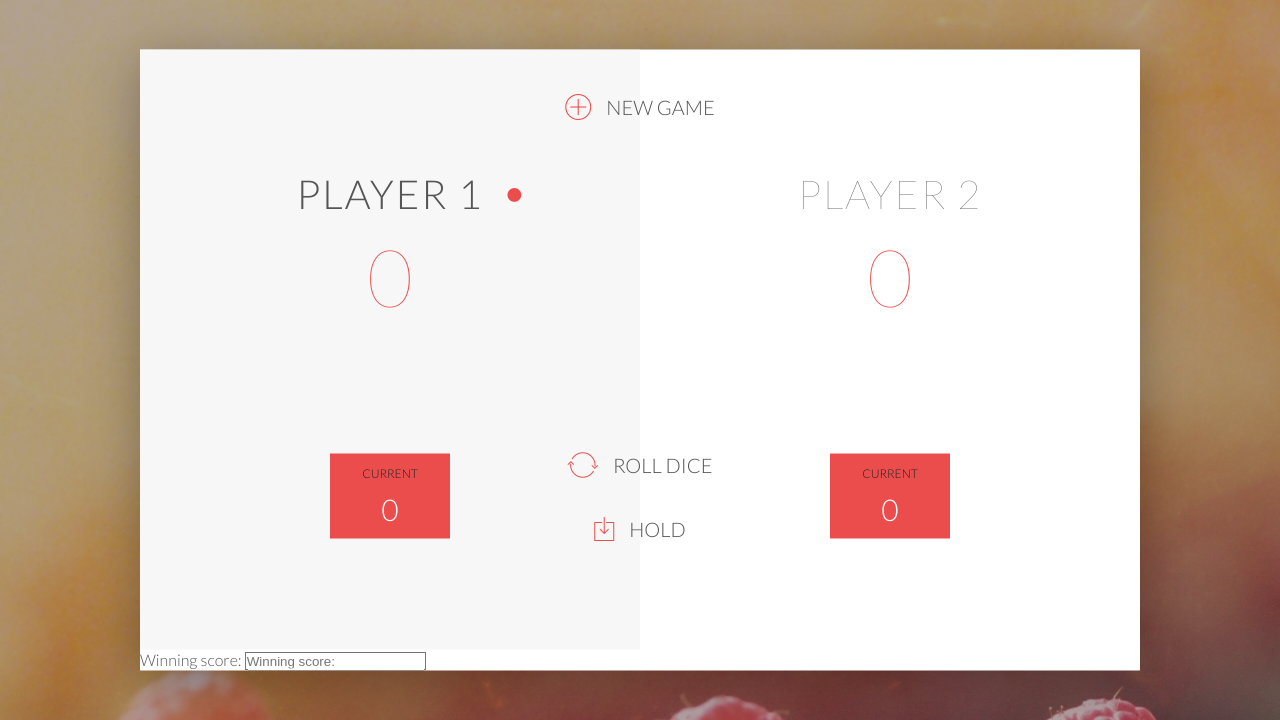
Repository: hexanek/hexanek.github.io
Page: pig-game/index.html
The author's editor kept a copy of each file at every save. The page is drawn from the files as they stood at one save, then again after the next save.
The browser window is 1280 px wide. The pictures show the whole page.

Above is the page before, as saved 2019-12-19 23:54:30.

### pig-game/index.html
<!DOCTYPE html>
<html lang="en">
    <head>
        <meta charset="UTF-8">
        <link href="https://fonts.googleapis.com/css?family=Lato:100,300,600" rel="stylesheet" type="text/css">
        <link href="http://code.ionicframework.com/ionicons/2.0.1/css/ionicons.min.css" rel="stylesheet" type="text/css">
        <link type="text/css" rel="stylesheet" href="style.css">

        <title>Pig Game</title>
    </head>

    <body>
        <div class="wrapper clearfix">
            <div class="player-0-panel active">
                <div class="player-name" id="name-0">Player 1</div>
                <div class="player-score" id="score-0">43</div>
                <div class="player-current-box">
                    <div class="player-current-label">Current</div>
                    <div class="player-current-score" id="current-0">11</div>
                </div>
            </div>

            <div class="player-1-panel">
                <div class="player-name" id="name-1">Player 2</div>
                <div class="player-score" id="score-1">72</div>
                <div class="player-current-box">
                    <div class="player-current-label">Current</div>
                    <div class="player-current-score" id="current-1">0</div>
                </div>
            </div>

            <button class="btn-new"><i class="ion-ios-plus-outline"></i>New game</button>
            <button class="btn-roll"><i class="ion-ios-loop"></i>Roll dice</button>
            <button class="btn-hold"><i class="ion-ios-download-outline"></i>Hold</button>
            <!-- <button class="btn-save" form="formScore"><i class="ion-archive"></i>Save</button> -->
            <!-- <form class="form-score" id="formScore"> -->
            Winning score: <input class="input-score" type="number" name="WinningScore" placeholder="Winning score: " id="winScore">
            <!-- </form> -->
            <img src="dice-5.png" alt="Dice" class="dice">
            <img src="dice-5.png" alt="Dice2" class="dice2" id="dice2">

        </div>

        <script src="app.js"></script>
    </body>
</html>

### pig-game/style.css
/**********************************************
*** GENERAL
**********************************************/

* {
    margin: 0;
    padding: 0;
    box-sizing: border-box;

}

.clearfix::after {
    content: "";
    display: table;
    clear: both;
}

body {
    background-image: linear-gradient(rgba(62, 20, 20, 0.4), rgba(62, 20, 20, 0.4)), url(back.jpg);
    background-size: cover;
    background-position: center;
    font-family: Lato;
    font-weight: 300;
    position: relative;
    height: 100vh;
    color: #555;
}

.wrapper {
    width: 1000px;
    position: absolute;
    top: 50%;
    left: 50%;
    transform: translate(-50%, -50%);
    background-color: #fff;
    box-shadow: 0px 10px 50px rgba(0, 0, 0, 0.3);
    overflow: hidden;
}

.player-0-panel,
.player-1-panel {
    width: 50%;
    float: left;
    height: 600px;
    padding: 100px;
}



/**********************************************
*** PLAYERS
**********************************************/

.player-name {
    font-size: 40px;
    text-align: center;
    text-transform: uppercase;
    letter-spacing: 2px;
    font-weight: 100;
    margin-top: 20px;
    margin-bottom: 10px;
    position: relative;
}

.player-score {
    text-align: center;
    font-size: 80px;
    font-weight: 100;
    color: #EB4D4D;
    margin-bottom: 130px;
}

.active { background-color: #f7f7f7; }
.active .player-name { font-weight: 300; }

.active .player-name::after {
    content: "\2022";
    font-size: 47px;
    position: absolute;
    color: #EB4D4D;
    top: -7px;
    right: 10px;

}

.player-current-box {
    background-color: #EB4D4D;
    color: #fff;
    width: 40%;
    margin: 0 auto;
    padding: 12px;
    text-align: center;
}

.player-current-label {
    text-transform: uppercase;
    margin-bottom: 10px;
    font-size: 12px;
    color: #222;
}

.player-current-score {
    font-size: 30px;
}

button {
    position: absolute;
    width: 200px;
    left: 50%;
    transform: translateX(-50%);
    color: #555;
    background: none;
    border: none;
    font-family: Lato;
    font-size: 20px;
    text-transform: uppercase;
    cursor: pointer;
    font-weight: 300;
    transition: background-color 0.3s, color 0.3s;
}


button:hover { font-weight: 600; }
button:hover i { margin-right: 20px; }

button:focus {
    outline: none;
}

i {
    color: #EB4D4D;
    display: inline-block;
    margin-right: 15px;
    font-size: 32px;
    line-height: 1;
    vertical-align: text-top;
    margin-top: -4px;
    transition: margin 0.3s;
}

.btn-new { top: 45px;}
.btn-roll { top: 403px;}
.btn-hold { top: 467px;}
.btn-save {
    left: 90%;
    top: 45px;
}
/* .input-score {
     top: 83px;
     position: absolute;
    width: 53px;
    left: 50%;
    transform: translateX(-50%);
    color: #555;
    background: none;
    border-radius: 5px;
    font-family: Lato;
    font-size: 20px;
    text-transform: uppercase;
    cursor: default;
    font-weight: 300;
    transition: background-color 0.3s, color 0.3s;
    } */
.input:focus{
    border: 3px solid #555;
}
.form-score{
    top: 45px;
     position: absolute;
    width: 240px;
    left: 73%;
    transform: translateX(-50%);
    color: #555;
    background: none;
    border-radius: 5px;
    font-family: Lato;
    font-size: 20px;
    text-transform: uppercase;
    cursor: default;
    font-weight: 300;
    transition: background-color 0.3s, color 0.3s;
}
.form-score input {
    text-align: center;
    width: 53px;
    color: #555;
    background: none;
    border-radius: 5px;
    font-family: Lato;
    font-size: 20px;
    text-transform: uppercase;
    cursor: default;
    font-weight: 300;
    transition: background-color 0.3s, color 0.3s;
}

.dice {
    position: absolute;
    left: 55%;
    top: 178px;
    transform: translateX(-50%);
    height: 100px;
    box-shadow: 0px 10px 60px rgba(0, 0, 0, 0.10);
}
.dice2 {
    position: absolute;
    left: 45%;
    top: 178px;
    transform: translateX(-50%);
    height: 100px;
    box-shadow: 0px 10px 60px rgba(0, 0, 0, 0.10);
}

.winner { background-color: #f7f7f7; }
.winner .player-name { font-weight: 300; color: #EB4D4D; }

### pig-game/app.js

var scores, roundScore, activePlayer, gamePlaying, doubleSix, winScore, dice2, doubleSix2;
    init();



document.querySelector('.btn-roll').addEventListener('click', function(){
    if(gamePlaying){
    var dice = Math.floor(Math.random() * 6) + 1;
    var dice2 = Math.floor(Math.random() * 6) + 1;


    var diceDom = document.querySelector('.dice');
    diceDom.style.display = 'block';
    diceDom.src = 'dice-' + dice + '.png';

    var dice2Dom = document.querySelector('.dice2');
    dice2Dom.style.display = 'block';
    dice2Dom.src = 'dice-' + dice2 + '.png';

    if((dice === 6 && doubleSix === 6) || (dice2 === 6 && doubleSix2 === 6)){

        scores[activePlayer] = 0;
        document.querySelector('#score-' + activePlayer).textContent = scores[activePlayer];
        nextPlayer();
    }

    else if(dice !== 1 && doubleSix !== dice && doubleSix !== dice2) {

        roundScore += dice;
        roundScore += dice2;
        document.querySelector('#current-' + activePlayer).textContent = roundScore;

    } else {

        nextPlayer();


    }
    doubleSix = dice;
    doubleSix2 = dice2;

}


});




document.querySelector('.btn-hold').addEventListener('click', function(){
    if(gamePlaying){
    scores[activePlayer] += roundScore;
    document.querySelector('#score-' + activePlayer).textContent = scores[activePlayer];


    if (scores[activePlayer] >= winScore) {
        document.getElementById('name-' + activePlayer).textContent = 'Winner!';
        document.querySelector('.player-'+activePlayer+ '-panel').classList.add('winner');
        document.querySelector('.player-'+activePlayer+ '-panel').classList.remove('active');
        document.querySelector('.dice').style.display = 'none';
        document.querySelector('.dice2').style.display = 'none';
        gamePlaying = false;


    } else {
        nextPlayer();

    }
}
});

document.querySelector('.btn-new').addEventListener('click',  init);


function nextPlayer(){
    activePlayer === 0 ? activePlayer = 1 : activePlayer = 0;
        roundScore = 0;
        document.getElementById('current-0').textContent = '0';
        document.getElementById('current-1').textContent = '0';

        document.querySelector('.player-0-panel').classList.toggle('active');
        document.querySelector('.player-1-panel').classList.toggle('active');

        document.querySelector('.dice').style.display = 'none';
        document.querySelector('.dice2').style.display = 'none';
}

function init(){
    scores = [0,0];
    roundScore = 0;
    activePlayer = 0;
    gamePlaying = true;

    document.querySelector('.dice').style.display = 'none';
    document.querySelector('.dice2').style.display = 'none';

    //document.querySelector('#current-'+ activePlayer).textContent = dice;
    document.getElementById('score-0').textContent = '0';
    document.getElementById('score-1').textContent = '0';
    document.getElementById('current-0').textContent = '0';
    document.getElementById('current-1').textContent = '0';
    document.getElementById('name-0').textContent = 'Player 1';
    document.getElementById('name-1').textContent = 'Player 2';
    document.querySelector('.player-0-panel').classList.remove('winner');
    document.querySelector('.player-1-panel').classList.remove('winner');
    document.querySelector('.player-0-panel').classList.remove('active');
    document.querySelector('.player-1-panel').classList.remove('active');
    document.querySelector('.player-0-panel').classList.add('active');
    winScore = document.getElementById('winScore').value;


}

After the next save:
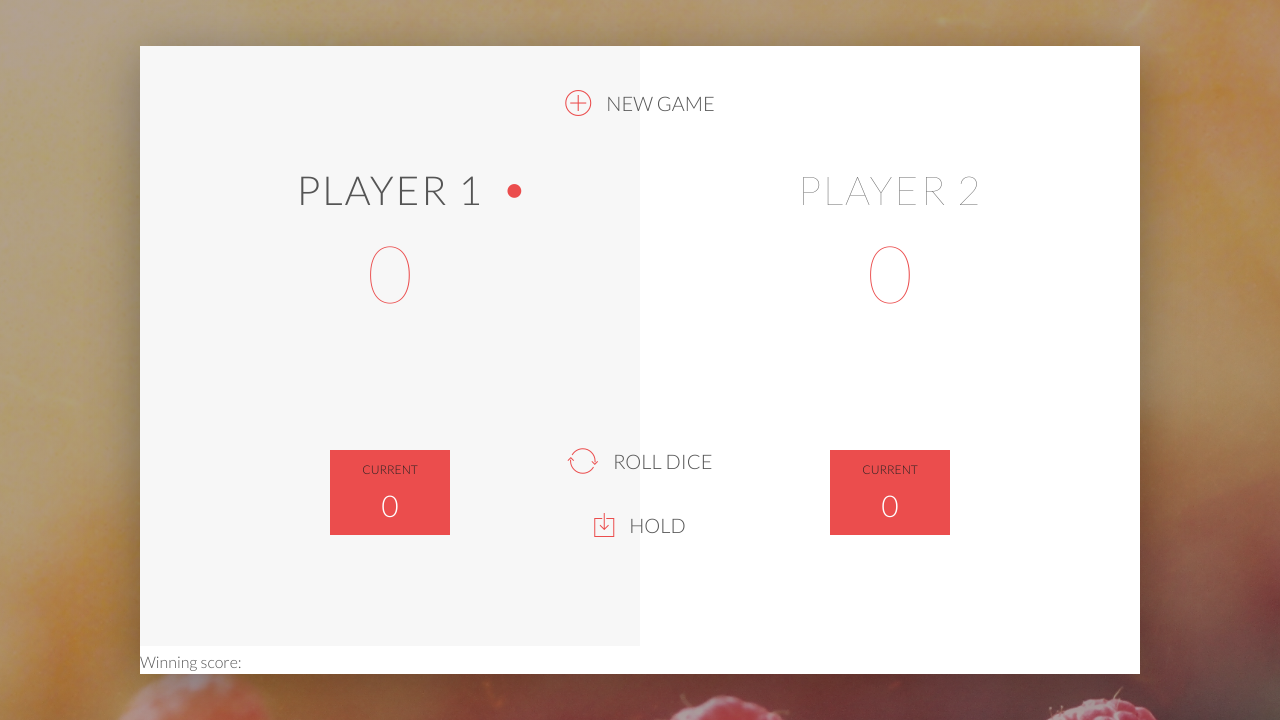
Saved 43 s later.
--- a/pig-game/style.css
+++ b/pig-game/style.css
@@ -164,7 +164,7 @@ i {
 .input:focus{
     border: 3px solid #555;
 }
-.form-score{
+/* .form-score{
     top: 45px;
      position: absolute;
     width: 240px;
@@ -179,8 +179,11 @@ i {
     cursor: default;
     font-weight: 300;
     transition: background-color 0.3s, color 0.3s;
-}
-.form-score input {
+} */
+.input-score {
+    position: relative;
+    top: 45px;
+    left: 73%
     text-align: center;
     width: 53px;
     color: #555;
